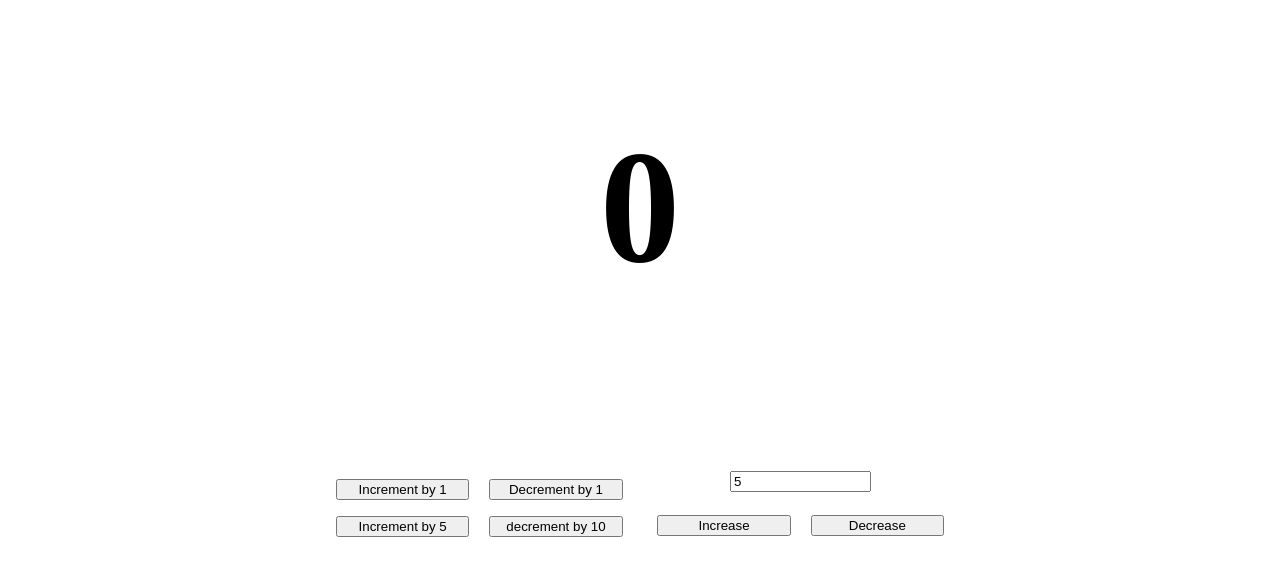
Repository: drumsmanku/micro-project-2
Page: index.html
An editor plug-in stored every save of this project. The page is shown before and after the next save, followed by the edit.
The browser window is 1280 px wide. The pictures show the whole page.
Empty fields were first filled with sample values (such as "Sample", 5 or name@example.com).
After loading, the first visible `#clicked-4` was clicked once.

Above is the page before, as saved 2023-04-07 20:42:35.
Console error: ReferenceError: dec_by_10 is not defined

### index.html
<!DOCTYPE html>
<html lang="en">
<head>
  <meta charset="UTF-8">
  <meta http-equiv="X-UA-Compatible" content="IE=edge">
  <meta name="viewport" content="width=device-width, initial-scale=1.0">
  <link rel="stylesheet" href="style.css">
  <title>micro Project 2</title>
</head>
<body>
  <div class="my-elements">
    <h1 id="h1-tag">0</h1>
    <div class="second-part">
      <div class="second-first-part">
        <div class="just-1">
          <button id="clicked-1" onclick="inc_by_1()">Increment by 1</button>
          <button id="clicked-2" onclick="dec_by_1()">Decrement by 1</button>
        </div>
        <div class="just-2">
          <button id="clicked-3" onclick="inc_by_5()">Increment by 5</button>
          <button id="clicked-4" onclick="dec_by_10()">decrement by 10</button>
        </div>

      </div>
      <div class="second-second-part">
        <input type="number" name="num" id="num" placeholder="Enter the value">
        <div class="inc">
          <button id="inc-dec-1">Increase</button>
          <button id="inc-dec-2">Decrease</button>
        </div>

      </div>

    </div>
  </div>
  <script src="script.js"></script>
</body>
</html>

### style.css
.my-elements{
  display: flex;
  justify-content: center;
  text-align: center;
  flex-direction: column;
}
.my-elements h1{
  font-size: 10rem;
}

.second-part{
  display: flex;

  flex-wrap: wrap;
  margin-top: 4rem;
  justify-content: space-between;
}

.second-first-part{
  display: flex;
  flex-direction: column;
  margin-left: 20rem;

}

.second-first-part button{
  width: 10em;
  margin: 0.5rem;
}

.second-second-part{
  display: flex;
  flex-direction: column;
  margin-right: 20rem;
  align-items: center;
}

.second-second-part button{
  width: 10em;
  margin: 0.5rem;
}
.second-second-part input{
  width: 10em;
  margin-bottom: 15px;
}

### script.js
var num;

function getNumber(){
  num=Number(document.getElementById('h1-tag').innerHTML);
}

function inc_by_1(){
  getNumber();
  num=num+Number(1);
  document.getElementById('h1-tag').innerHTML=num;
}
function inc_by_5(){
  getNumber();
  num=num+Number(5);
  document.getElementById('h1-tag').innerHTML=num;
}

function dec_by_1(){
  getNumber();
  num=num-Number(1);
  document.getElementById('h1-tag').innerHTML=num;
}

After the next save:
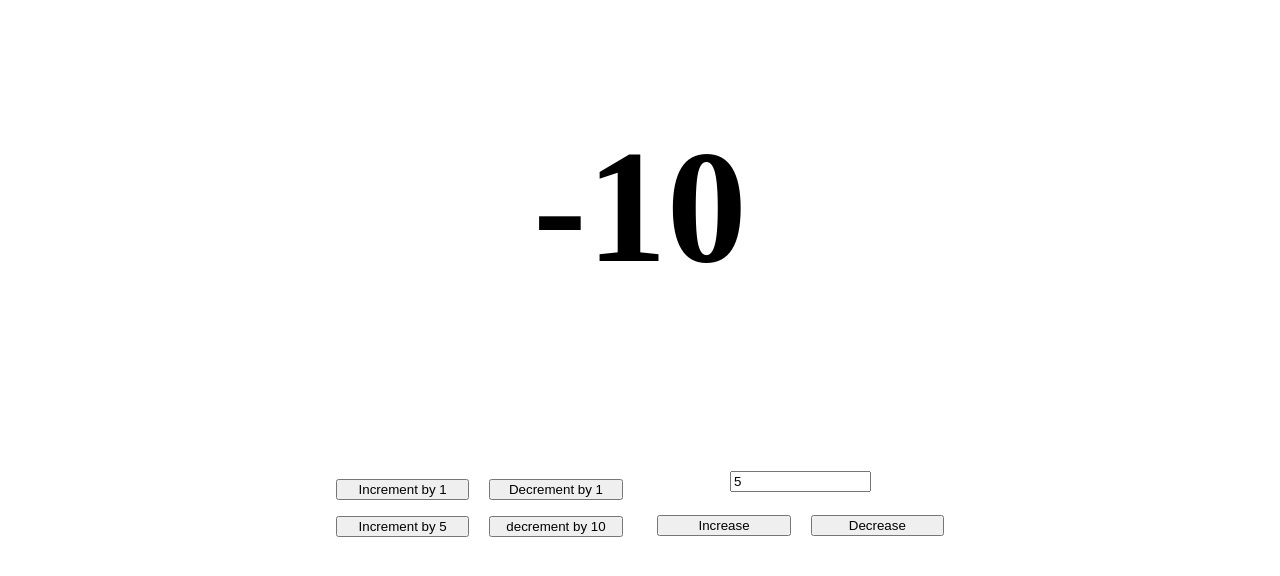
The error is gone.
Saved 79 s later.
--- a/script.js
+++ b/script.js
@@ -20,3 +20,8 @@ function dec_by_1(){
   num=num-Number(1);
   document.getElementById('h1-tag').innerHTML=num;
 }
+function dec_by_10(){
+  getNumber();
+  num=num-Number(10);
+  document.getElementById('h1-tag').innerHTML=num;
+}
